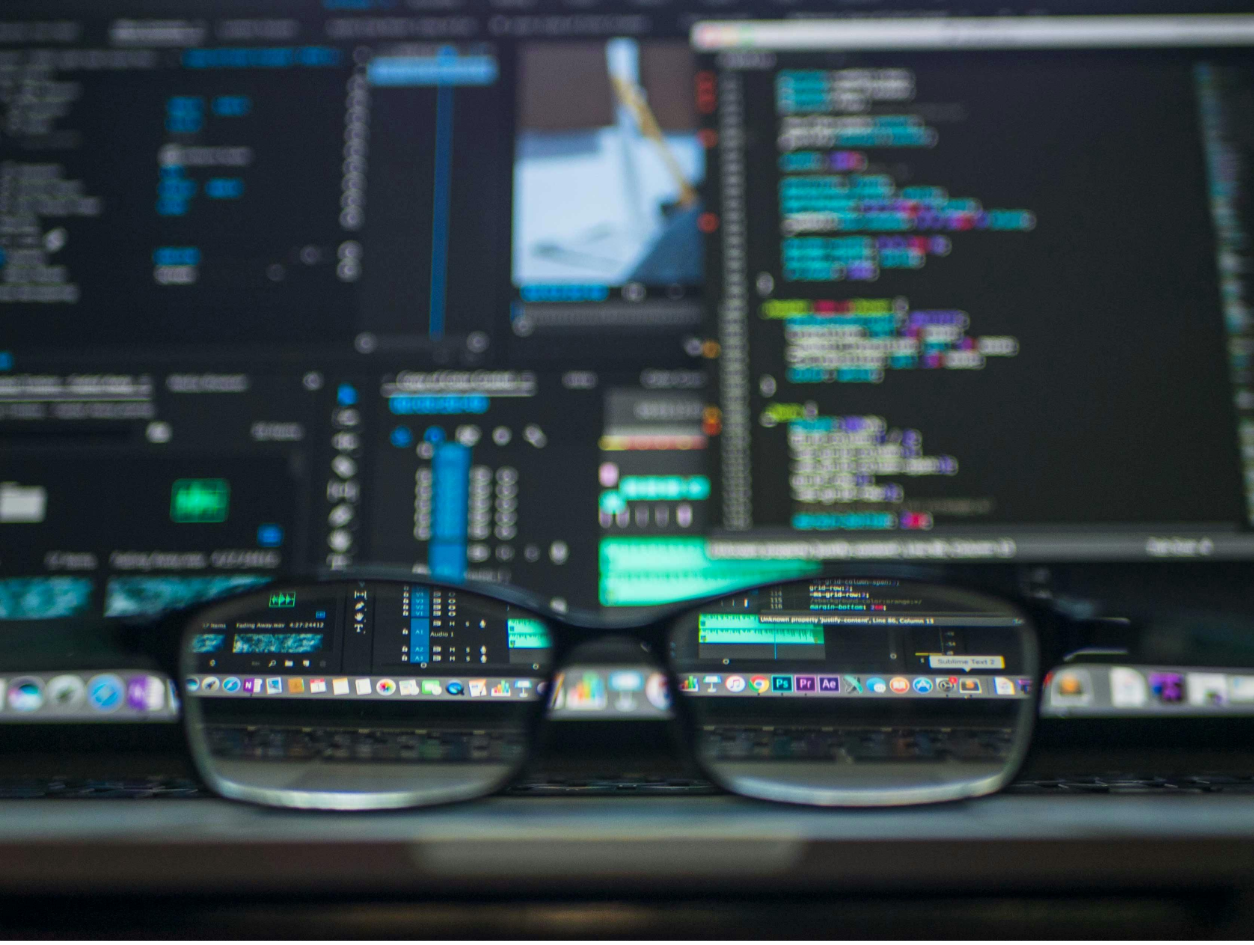
Repository: Caiquedev123/Sites
Page: index.html
The author's editor kept a copy of each file at every save. The page is drawn from the files as they stood at one save, then again after a run of saves.
The browser window is 1280 px wide. The pictures show the whole page, at 98% of full size.

Above is the page before, as saved 2024-07-22 14:20:47.

### index.html
<!DOCTYPE html>
<html lang="en">
<head>
    <meta charset="UTF-8">
    <meta name="viewport" content="width=device-width, initial-scale=1.0">
    <title>Projeto</title>
    <link rel="stylesheet" href="style.css">
    <link rel="stylesheet" href="./reset.css">
</head>
<body>
    <div class="container">
        <h1>Programação é o futuro da população</h1>
        <p>Vem aumentando a cada dia mais</p>
    </div>
    <section class="imagens">
        <img src="./imagem/Progrmação.jpg" alt="programação">
    </section>
</body>
</html>

### style.css
body{background-color: rgb(255, 255, 255);}

.container{
    position: absolute;
    z-index: 1;
    left: -20%;
    top: -50%;
    text-align: center;
}

img{
    width: 100%;
    object-fit: cover;
    position: relative;
}

Loaded but not shown: reset.css (common file)

After the next 2 saves:
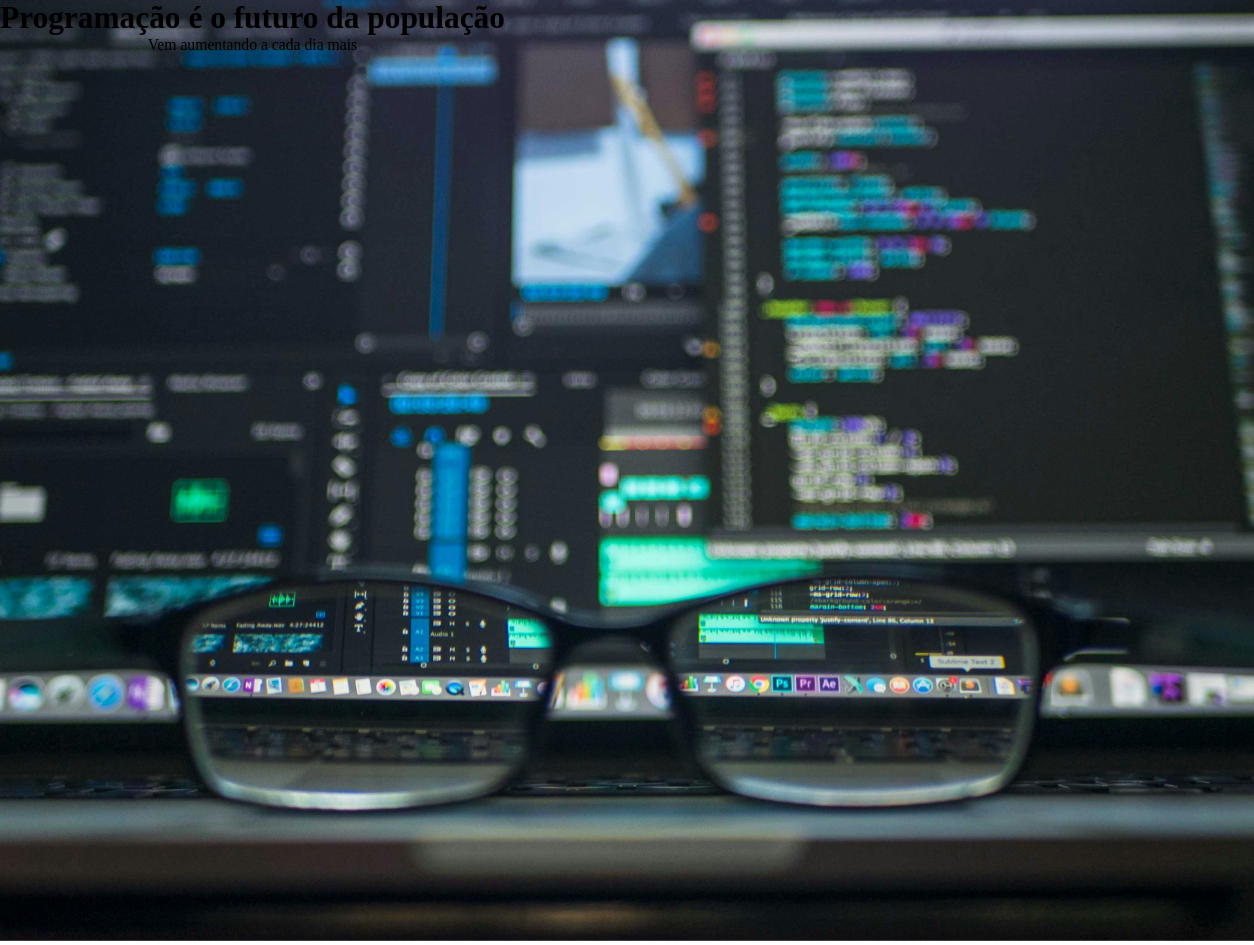
The 2 saves are shown as one change because they came seconds apart.
The last was saved 7 s later.
--- a/style.css
+++ b/style.css
@@ -3,7 +3,7 @@
 .container{
     position: absolute;
     z-index: 1;
-    left: -20%;
+    le
     top: -50%;
     text-align: center;
 }

After the 2 saves that followed:
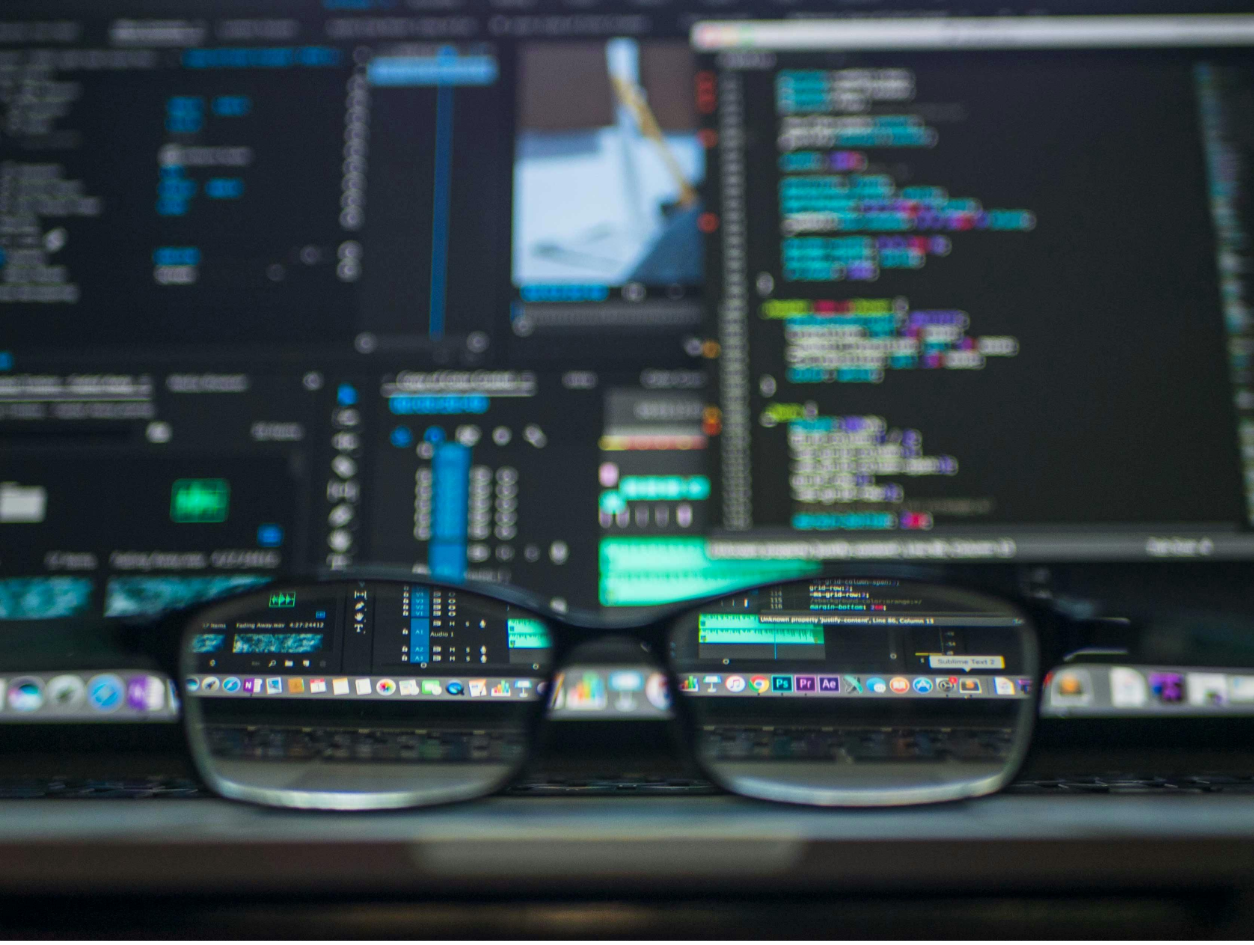
The 2 saves are shown as one change because they came seconds apart.
The last was saved 5 s later.
--- a/style.css
+++ b/style.css
@@ -3,7 +3,7 @@
 .container{
     position: absolute;
     z-index: 1;
-    le
+    left: ;
     top: -50%;
     text-align: center;
 }
